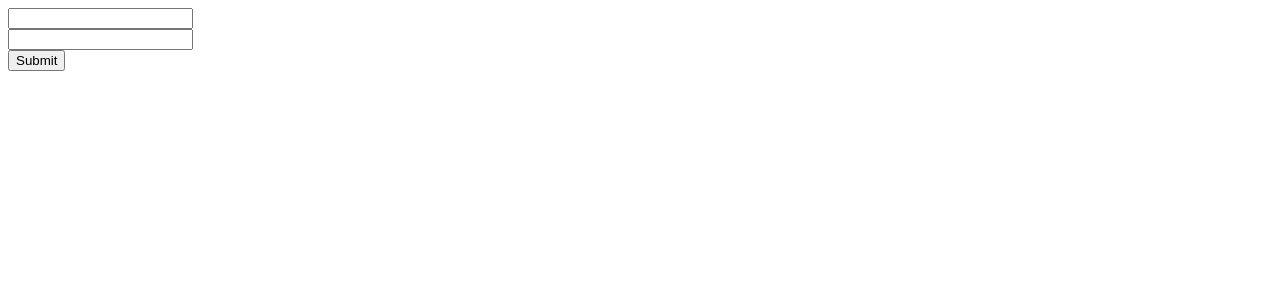
Repository: AtomShareef/Spring-Boot-Basics-Complete
Page: http://localhost/SpringBootJpa/home.jsp
An editor plug-in stored every save of this project. The page is shown before and after the next save, followed by the edit.
The browser window is 1280 px wide. The pictures show the whole page.
The page is served by Tomcat 9.

Above is the page before, as saved 2020-12-10 07:29:58.

After the next save:
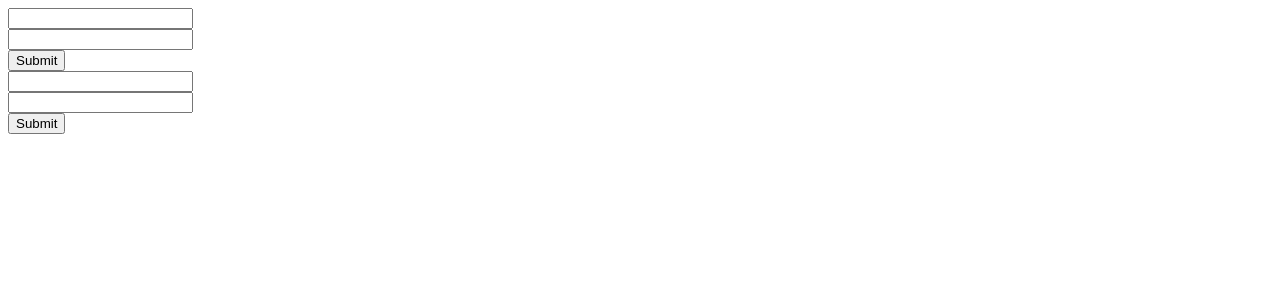
Saved 5 min 9 s later.
--- a/SpringBootJpa/src/main/webapp/home.jsp
+++ b/SpringBootJpa/src/main/webapp/home.jsp
@@ -12,7 +12,12 @@
 <input type="text" name="aid"><br>
 <input type="text" name="aname"><br>
 <input type="submit"><br>
+</form>
 
+<form action="addAlien">
+<input type="text" name="aid"><br>
+<input type="text" name="aname"><br>
+<input type="submit"><br>
 </form>
 
 </body>
